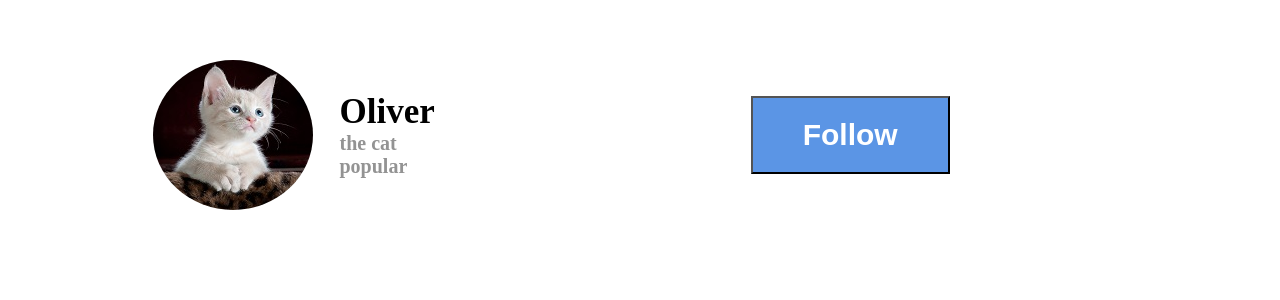
Repository: arifshahriyarnader/css-flexbox
Page: Exercise 4/index.html
The author's editor kept a copy of each file at every save. The page is drawn from the files as they stood at one save, then again after a run of saves.
The browser window is 1280 px wide. The pictures show the whole page.

Above is the page before, as saved 2024-06-21 11:44:22.

After the next 8 saves:
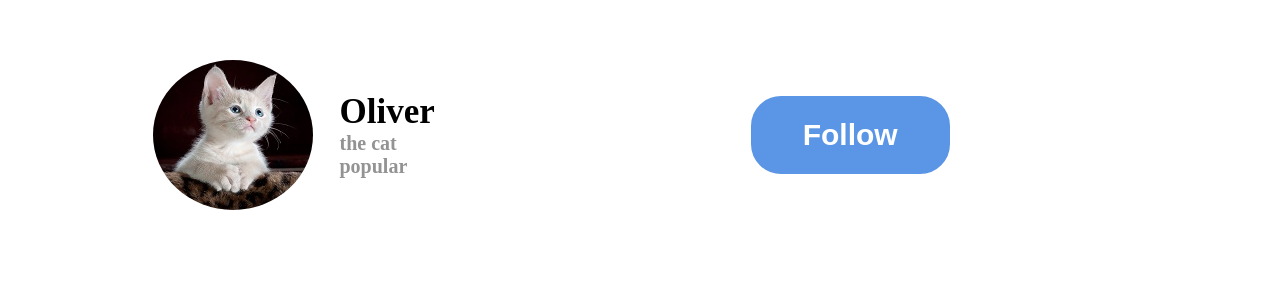
The 8 saves are shown as one change because they came seconds apart.
The last was saved 28 s later.
--- a/Exercise 4/css/style.css
+++ b/Exercise 4/css/style.css
@@ -30,4 +30,6 @@
     padding: 20px 50px;
     font-size: 30px;
     font-weight: bold;
+    border: 2px solid #5B95E5;
+    border-radius: 30px;
 }
